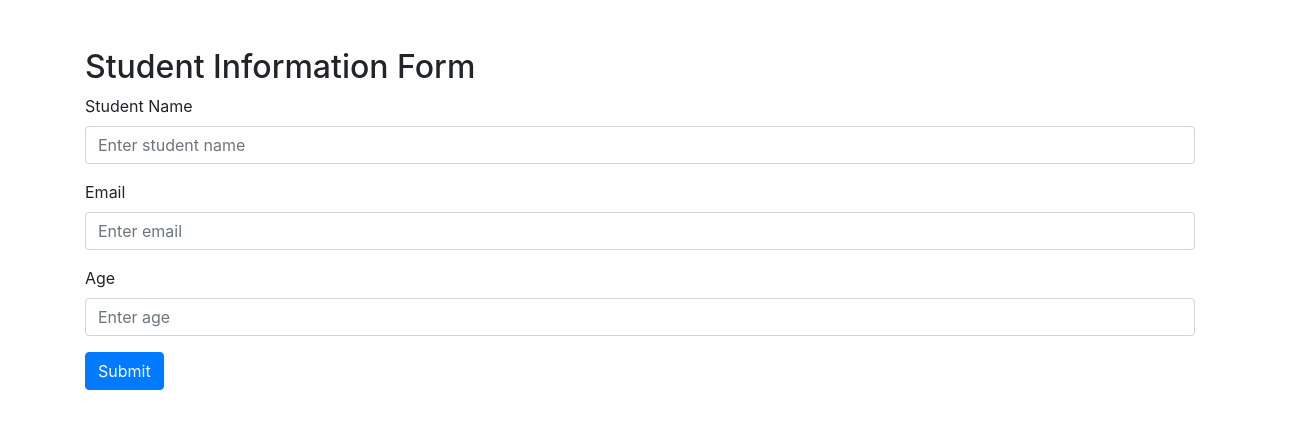
Repository: Manojs14/StudentManagementSystem
Page: http://localhost/Crud_form/
The author's editor kept a copy of each file at every save. The page is drawn from the files as they stood at one save, then again after the next save.
The browser window is 1280 px wide. The page is 1280 px wide, then 1292 px, so the pictures cover 1292 px, including what lies to the right of the window. The pictures show the whole page.
Some web libraries are served in a nearby version. The page is served by Tomcat 9. Nobody is signed in. The application's start-up code is not run.

Above is the page before, as saved 2024-07-11 03:25:10.

After the next save:
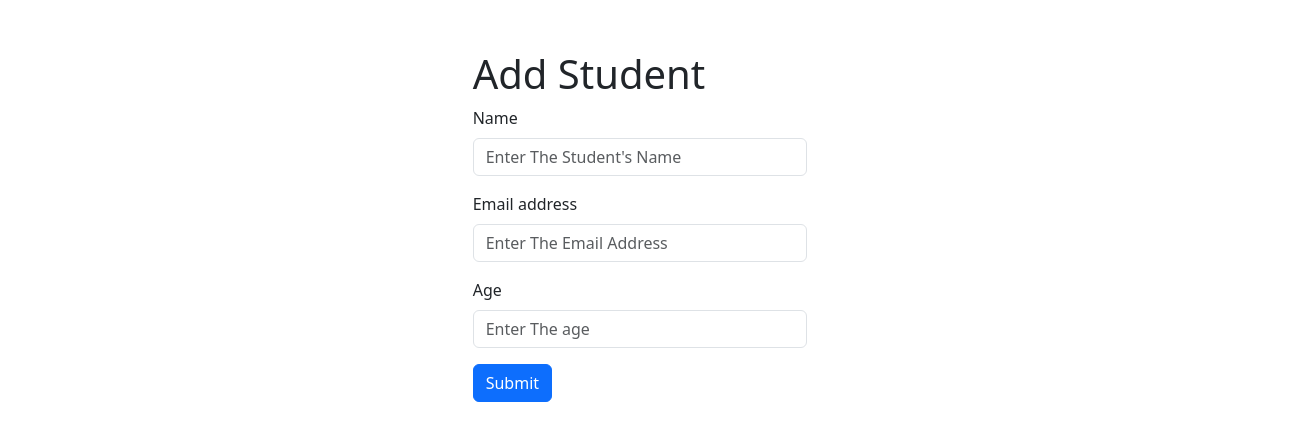
Saved 26 s later.
--- a/Crud_form/src/main/webapp/index.jsp
+++ b/Crud_form/src/main/webapp/index.jsp
@@ -1,33 +1,37 @@
+<%@ page language="java" contentType="text/html; charset=UTF-8"
+    pageEncoding="UTF-8"%>
 <!DOCTYPE html>
-<html lang="en">
+<html>
 <head>
-    <meta charset="UTF-8">
-    <meta name="viewport" content="width=device-width, initial-scale=1.0">
-    <title>Responsive Student Form</title>
-    <link rel="stylesheet" href="https://stackpath.bootstrapcdn.com/bootstrap/4.5.2/css/bootstrap.min.css">
+<meta charset="UTF-8">
+<title>The Form</title>
+<link href="https://cdn.jsdelivr.net/npm/bootstrap@5.3.2/dist/css/bootstrap.min.css" rel="stylesheet" integrity="sha384-T3c6CoIi6uLrA9TneNEoa7RxnatzjcDSCmG1MXxSR1GAsXEV/Dwwykc2MPK8M2HN" crossorigin="anonymous">
 </head>
 <body>
-    <div class="container">
-        <h2 class="mt-5">Student Information Form</h2>
-        <form>
-            <div class="form-group">
-                <label for="studentName">Student Name</label>
-                <input type="text" class="form-control" id="studentName" placeholder="Enter student name">
-            </div>
-            <div class="form-group">
-                <label for="studentEmail">Email</label>
-                <input type="email" class="form-control" id="studentEmail" placeholder="Enter email">
-            </div>
-            <div class="form-group">
-                <label for="studentAge">Age</label>
-                <input type="number" class="form-control" id="studentAge" placeholder="Enter age">
-            </div>
-            <button type="submit" class="btn btn-primary">Submit</button>
-        </form>
+
+ <div class="row">
+    <div class="col-4">
     </div>
+    <div class="col-4" style="padding:50px">
+        <h1 style="">Add Student</h1>
+     <form action="signuphandler.jsp" method="post">
+  <div class="mb-3">
+    <label for="username" class="form-label">Name </label>
+    <input type="text" class="form-control" id="name1" name="name" aria-describedby="text" placeholder="Enter The Student's Name" required>
+  </div>
+   <div class="mb-3">
+    <label for="exampleInputEmail1" class="form-label">Email address</label>
+    <input type="email" class="form-control" name="email" required id="email1" aria-describedby="emailHelp" placeholder="Enter The Email Address" required>
+  </div>
+  <div class="mb-3">
+    <label for="number" class="form-label">Age</label>
+    <input type="number" class="form-control" name="age" required id="age" placeholder="Enter The age" required>
+  </div>
+  <button type="submit" class="btn btn-primary">Submit</button>
+</form>
+</div>
+</div>
+ <script src="https://cdn.jsdelivr.net/npm/@popperjs/core@2.11.8/dist/umd/popper.min.js" integrity="sha384-I7E8VVD/ismYTF4hNIPjVp/Zjvgyol6VFvRkX/vR+Vc4jQkC+hVqc2pM8ODewa9r" crossorigin="anonymous"></script>
+<script src="https://cdn.jsdelivr.net/npm/bootstrap@5.3.2/dist/js/bootstrap.min.js" integrity="sha384-BBtl+eGJRgqQAUMxJ7pMwbEyER4l1g+O15P+16Ep7Q9Q+zqX6gSbd85u4mG4QzX+" crossorigin="anonymous"></script>
 
-    <script src="https://code.jquery.com/jquery-3.5.1.slim.min.js"></script>
-    <script src="https://cdn.jsdelivr.net/npm/@popperjs/core@2.5.4/dist/umd/popper.min.js"></script>
-    <script src="https://stackpath.bootstrapcdn.com/bootstrap/4.5.2/js/bootstrap.min.js"></script>
 </body>
-</html>
